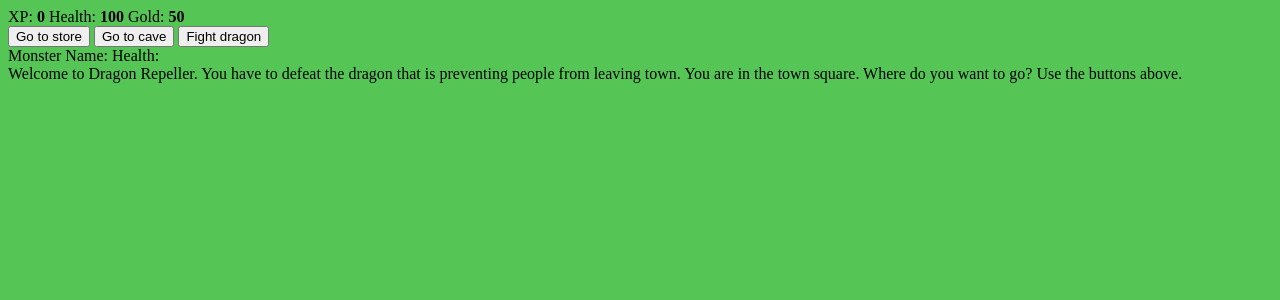
Repository: Lungdjos/role_playing_game
Page: index.html
These files come from the project's save history. The page is drawn as it stood at one moment and after the next save; the edit follows.
The browser window is 1280 px wide. The pictures show the whole page.

Above is the page before, as saved 2024-02-06 23:28:06.

After the next save:
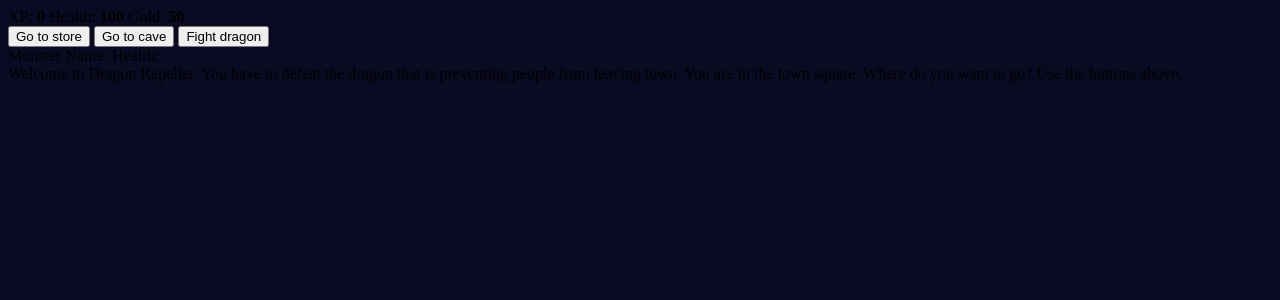
Saved 4 s later.
--- a/styles.css
+++ b/styles.css
@@ -1,5 +1,5 @@
 /** Main CSS */
 
 body {
-    background-color: #0a0a;
+    background-color: #0a0a23;
 }
